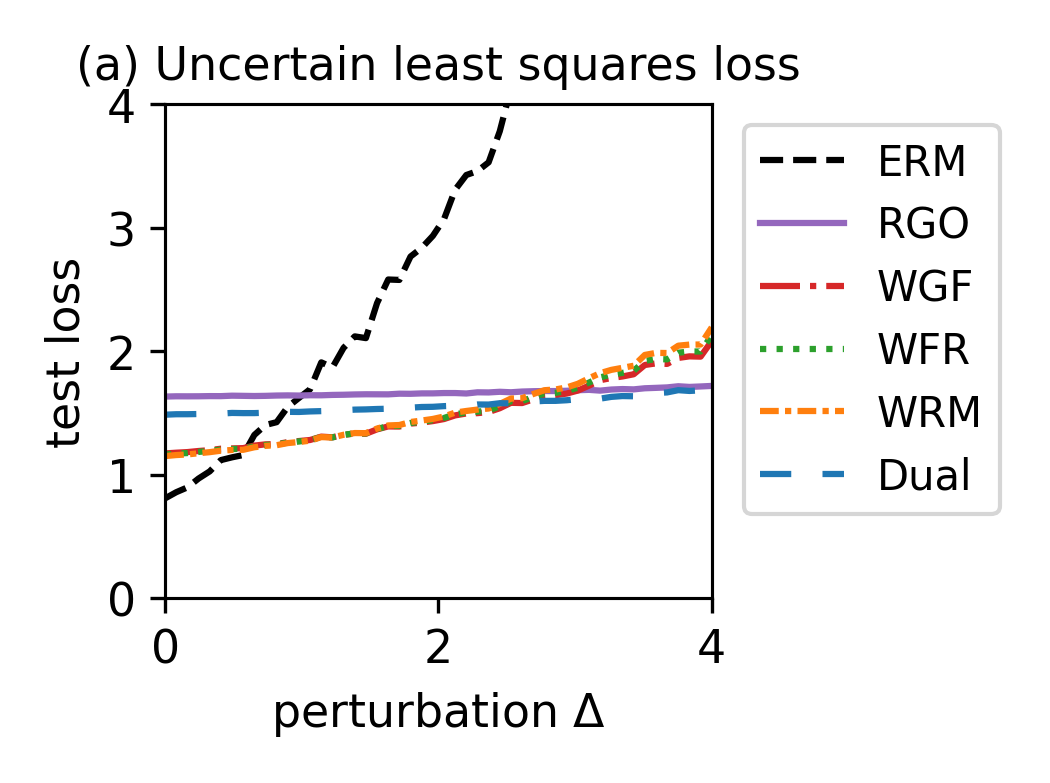
Repository: ZusenXu/GFS-DRO
Script's output: python uncertain_least_squares/uncertain_least_squares.py
These files come from the project's save history. The script's output is drawn as it stood at one moment and after the next save; the edit follows.
Random numbers start from a fixed seed.

Above is the script's output before, as saved 2025-09-13 21:14:32.

After the next save:
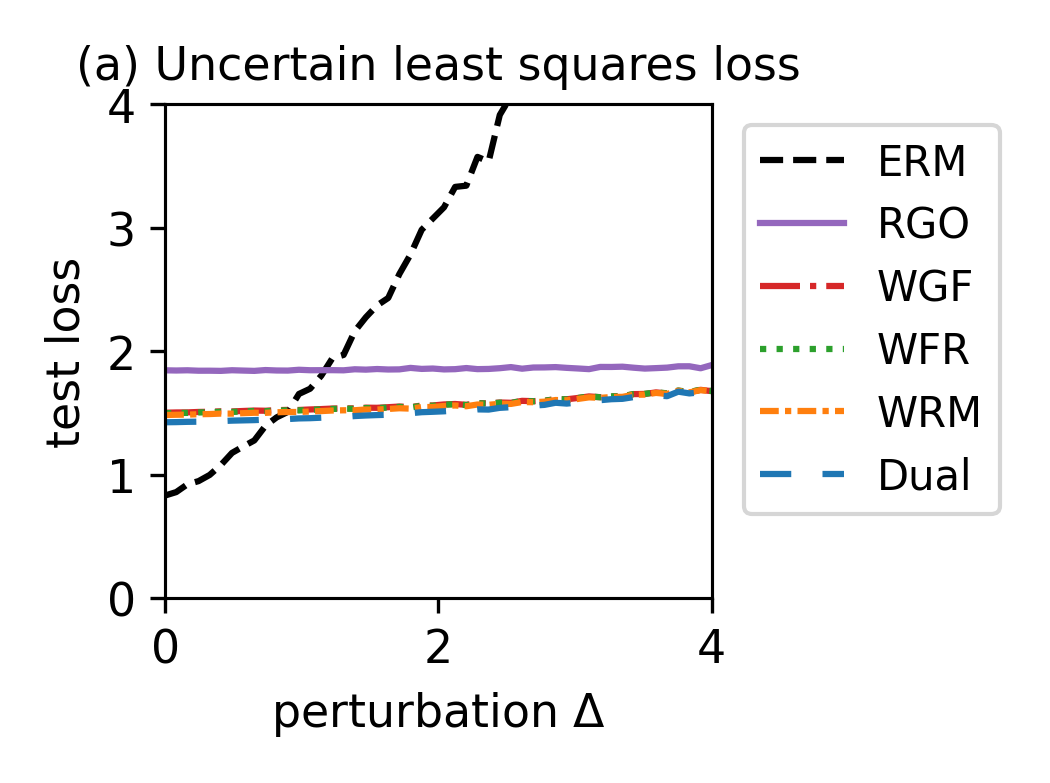
Saved 101 s later.
--- a/uncertain_least_squares/uncertain_least_squares.py
+++ b/uncertain_least_squares/uncertain_least_squares.py
@@ -28,7 +28,7 @@ GRAD_CLIP_THRESHOLD = 10.0 # 梯度裁剪阈值，防止梯度爆炸
 RGO_SMOOTHNESS_L = 0.5 # 假设的损失函数平滑度 L (需满足 LAMBDA_VAL > L/2)
 
 # WGF (算法3), WFR (算法4), WRM 特定参数
-K_INNER_STEPS = 10  # 内部循环迭代次数 K (现在作为基准次数)
+K_INNER_STEPS = 50  # 内部循环迭代次数 K (现在作为基准次数)
 INNER_STEP_SIZE = 0.01 # 内部循环步长 eta
 
 # WFR (算法4) 特定参数
